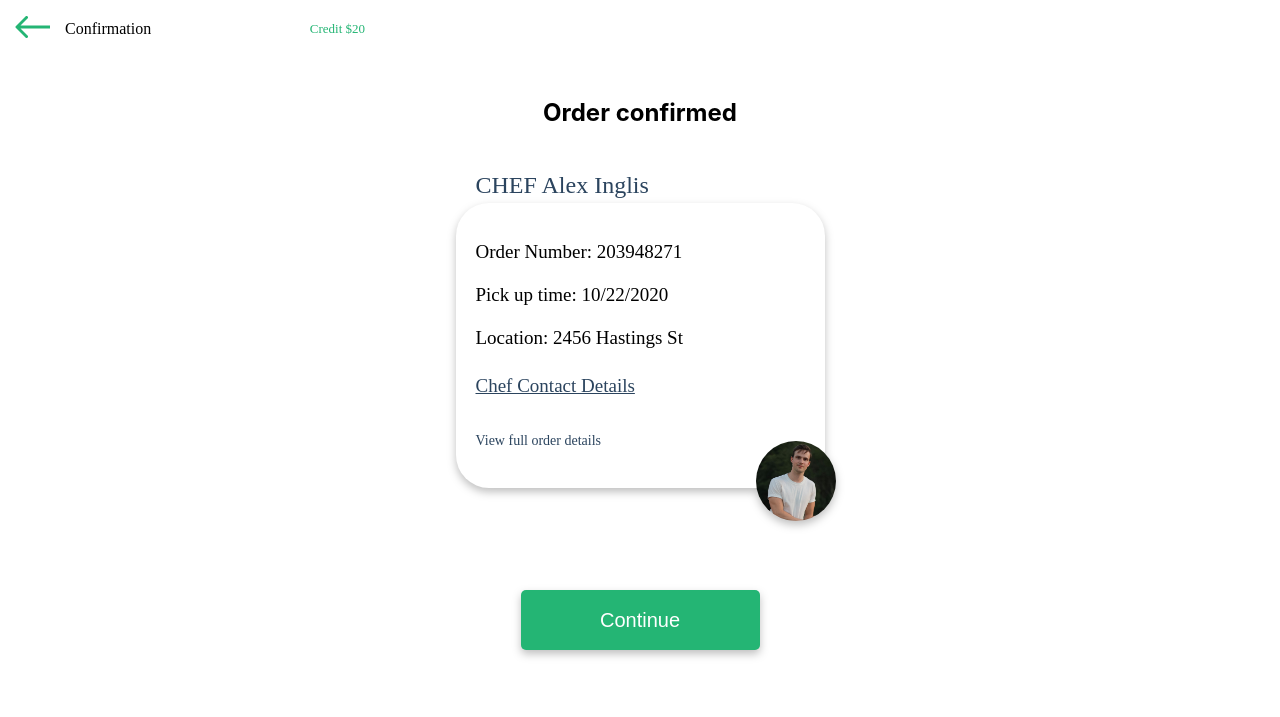
Repository: nguyenlejoe/HomeChef
Page: / (app in app/)
An editor plug-in stored every save of this project. The page is shown before and after the next save, followed by the edit.
The browser window is 1280 px wide. The pictures show the whole page.
The project was rebuilt for these pictures with package versions that can differ from the ones it lists, and the page was loaded fresh each time.

Above is the page before, as saved 2020-11-06 22:09:34.

### app/src/App.js
import React from 'react';
//import logo from './logo.svg';
//import './App.css';
import Pages from './pages/OrderConfirmation';

function App() {
  return (
    <Pages />
  );
}

export default App;

### app/src/pages/OrderConfirmation.js
import React from 'react';
import './OrderConfirmation.scss';
import Button from '../comps/MainButton';
import TopBar from '../comps/TopBar';
import OrderDetails from '../comps/OrderDetails';

export default function OrderConfirmationPage() {
  return<div className="app">
       <div className="cart">
           <TopBar text="Confirmation"></TopBar>
       </div>
       <div className="OrderCont">
        <div className="OrderConfirmed">
                Order confirmed
            </div>
            <OrderDetails bgimg="none" margin-bottom="50px"></OrderDetails>

            <div className="ButtonBox">
                <Button text="Continue"></Button>
            </div>
        </div>
    </div>
}

### app/src/pages/OrderConfirmation.scss
.app{
    width: 100vw;
    height:100vh;
    overflow-x: hidden;
    position: relative;
}

.OrderCont{
    display: flex;
    flex-direction: column;
    align-items: center;
    justify-content: center;
}

.OrderConfirmed{
    display: flex;
    justify-content: center;
    font-size: 24px;
    font-weight: bold;
    margin:40px 0;
}


.ButtonBox{
    position: absolute;
    bottom: 70px;
    :nth-child(1){
        font-size: 20px;
    }
}

### app/src/comps/MainButton/index.js
import React from 'react';
import styled, {css} from 'styled-components';
import icon2 from '../../assets/DollarSign.png';

const ButtonContainer = styled.button`
    width: ${props =>props.width ? props.width : '239px'};
    height: ${props =>props.height ? props.height : '60px'};
    background-color: ${props =>props.bgcolor ? props.bgcolor : '#24B574'};
    border-radius: ${props =>props.radius ? props.radius : '5px'};
    display: flex;
    justify-content: center;
    align-items: center;
    filter: drop-shadow(0px 4px 4px rgba(0, 0, 0, 0.25));
    border:none;
`;

const ButtonText = styled.p`
    text-align: center;
    font-size: ${props =>props.fontSize ? props.fontSize : '15px'};;
    color:${props =>props.textColor ? props.textColor : '#FFFFFF'};
`;

const Icon = styled.div`
    ${() => css`
        background-image: url(${props =>props.icon1 ? props.icon1 : icon2});
        background-color:white;
        padding:10px;
        background-repeat: no-repeat;
        background-position: center;
        position:absolute;
        left: 0px;
        `}
    `;

const Button = ({text,textColor,bgcolor, width, height, radius, fontSize}) => {
    return <ButtonContainer bgcolor = {bgcolor} height={height} width={width} radius={radius}>
                <ButtonText fontSize={fontSize} textColor = {textColor}>{text}</ButtonText>
            </ButtonContainer>
}

ButtonText.defaultprops = {
    color:null,
}

export default Button;

### app/src/comps/TopBar/index.js
import React from 'react';
import styled from 'styled-components';


const TopBarContainer = styled.div`
   font-family: Poppins;
   display:flex;
   position:relative;
   align-items:center;
   width:350px;
   padding:15px;
`;

const LeftArrowImg = styled.div`
    margin-right:15px;
`;

const TopLeftText = styled.div`
    display:flex;

`;

const CreditText = styled.div`
   color:#24B574;
   font-size:13px;
   position:absolute;
   right:15px;
`;


const TopBar = ({text}) => {

    return <TopBarContainer>
            <LeftArrowImg><img src='/leftarrow.png' /></LeftArrowImg>
            <TopLeftText>{text}</TopLeftText>
            <CreditText>Credit $20</CreditText>
        </TopBarContainer>
}

TopBar.defaultProps = {

}

export default TopBar;

### app/src/comps/OrderDetails/index.js
import React from 'react';
import styled, {css} from 'styled-components';
import Avatar from '../Avatar';

const DetailsContainer = styled.div`
  display:flex;
  flex-direction:column;

`;

const Chefname = styled.div`
font-family: Poppins;
font-style: normal;
font-weight: 500;
font-size: 24px;
line-height: 36px;
color: #2B445E;
left:20px;
position:relative;
`

const DetailsRectangle = styled.div`
background-color: #FFFFFF;
filter: drop-shadow(0px 4px 4px rgba(0, 0, 0, 0.25));
height: 285px;
width: 369px;
left: 0px;
top: 37px;
border-radius: 33px;
flex-direction:column;
`

const OrderNumber = styled.div`
font-family: Poppins;
margin-top:15px;
margin-bottom:15px;
font-weight: 500;
font-size: 19px;
line-height: 28px;
color: #000000;
`

const Pickuptxt = styled.div`
font-family: Poppins;
margin-top:15px;
margin-bottom:15px;
font-weight: 500;
font-size: 19px;
line-height: 28px;
color: #000000;
`

const Location = styled.div`
font-family: Poppins;
margin-top:15px;
margin-bottom:15px;
font-weight: 500;
font-size: 19px;
line-height: 28px;
color: #000000;
`
const Contact = styled.div`
font-family: Poppins;
margin-top:20px;
margin-bottom:10px;
font-weight: 500;
font-size: 19px;
line-height: 28px;
color: #2B445E;
text-decoration:underline;
cursor:pointer;
`
const FullDetails = styled.div`
font-family: Poppins;
margin-top:30px;
margin-bottom:10px;
font-weight: 500;
font-size: 14px;
line-height: 21px;
color: #2B445E;
cursor:pointer;
`
const Detailstxtboxs = styled.div`
position: relative;
left:20px;
top:20px;

`

const Photocont = styled.div`
z-index:1;
position:relative;
left:300px;
size:105px;
`






const OrderDetails = ({Chef, OrderNum, Pickupdate, Locationtxt, profileimg}) => {

    return <DetailsContainer>
        <Chefname> {Chef} </Chefname>
        <DetailsRectangle>
            <Detailstxtboxs>
            <OrderNumber>Order Number: {OrderNum}</OrderNumber>
            <Pickuptxt>Pick up time: {Pickupdate} </Pickuptxt>
            <Location>Location: {Locationtxt} </Location>
            <Contact>Chef Contact Details</Contact>
            <FullDetails>View full order details</FullDetails>
            </Detailstxtboxs>
            <Photocont>
            <Avatar bgimg={profileimg}></Avatar>
            </Photocont>

        </DetailsRectangle>
    </DetailsContainer>

}

OrderDetails.defaultProps = {

    Chef:"CHEF Alex Inglis",
    OrderNum: "203948271",
    Pickupdate:"10/22/2020",
    Locationtxt:"2456 Hastings St"

}

export default OrderDetails;

### app/src/comps/Avatar/index.js
import React from 'react';
import styled from 'styled-components';

const AvatarContainer = styled.div`
width:80px;
height:80px;
`;

const AvatarImg = styled.div`
min-width:100%;
min-height:100%;
background-image:url(${props=>props.bgimg ? props.bgimg : "none"});
background-size:cover;
border-radius:100px;

`;

const Avatar = ({bgimg}) =>{
    return <AvatarContainer>
        <AvatarImg bgimg={bgimg}></AvatarImg>
    </AvatarContainer>
}

Avatar.defaultProps = {
    bgimg : "./alex.jpg"
}

export default Avatar;

Loaded but not shown: app/public/index.html (common file); app/src/index.js (common file); app/src/index.css (common file); app/src/serviceWorker.js (common file)

After the next save:
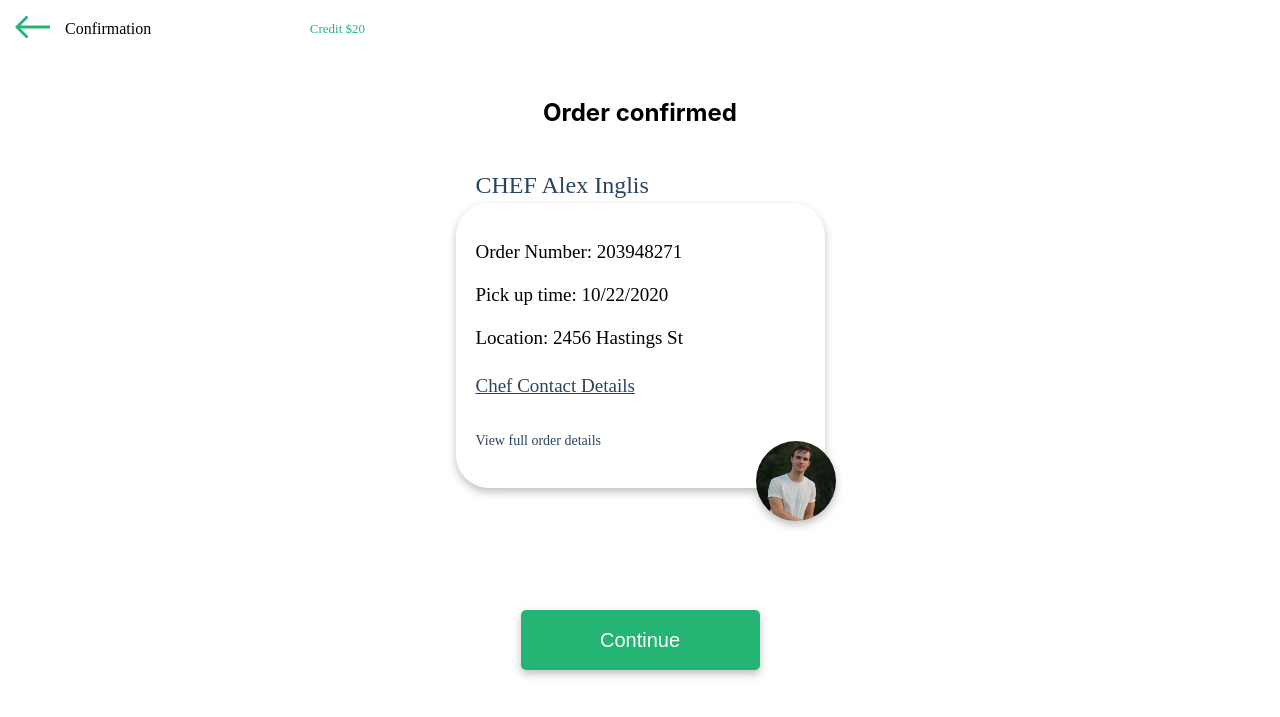
Saved 22 s later.
--- a/app/src/pages/OrderConfirmation.scss
+++ b/app/src/pages/OrderConfirmation.scss
@@ -23,7 +23,7 @@
 
 .ButtonBox{
     position: absolute;
-    bottom: 70px;
+    bottom: 50px;
     :nth-child(1){
         font-size: 20px;
     }
